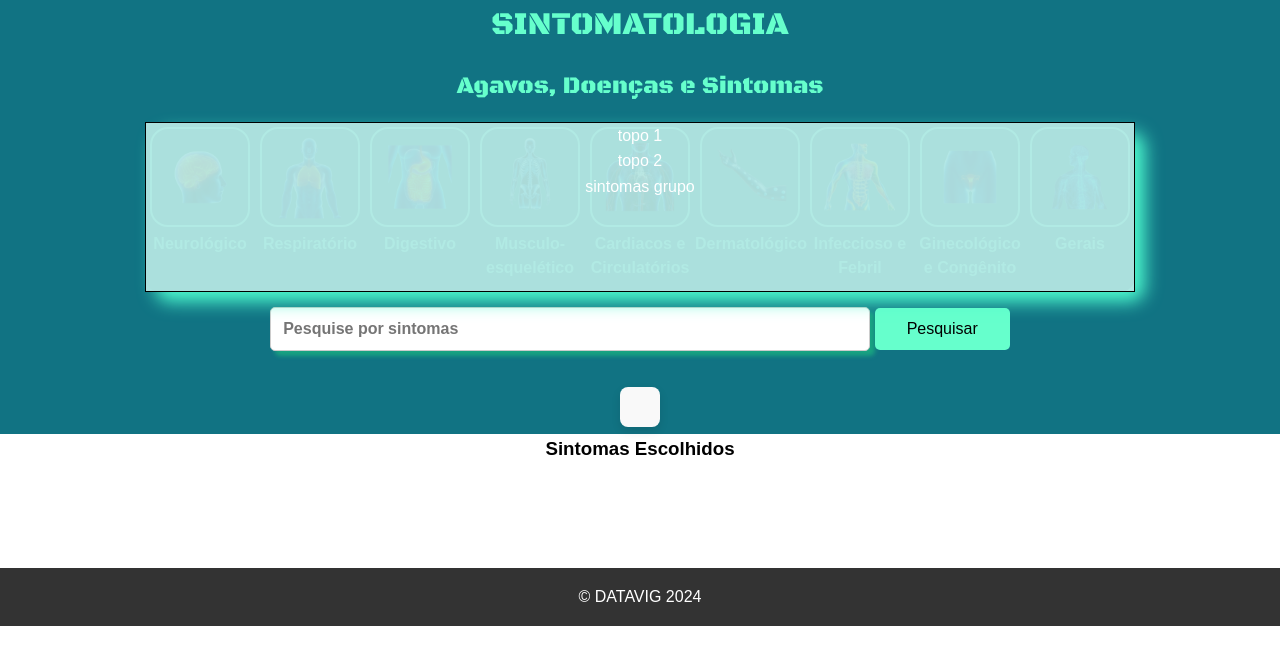
Repository: br-on/vigia
Page: index.html
The author's editor kept a copy of each file at every save. The page is drawn from the files as they stood at one save, then again after the next save.
The browser window is 1280 px wide. The pictures show the whole page.
Some web fonts or font styles are not loaded; a fallback is used.

Above is the page before, as saved 2024-09-16 19:41:03.

### index.html
<!DOCTYPE html>
<html lang="pt-br">
<head>
  <meta charset="UTF-8">
  <meta name="viewport" content="width=device-width, initial-scale=1.0">
  <title>IA VIGILÂNCIA</title>
  <link rel="stylesheet" href="assets/style/style.css">
</head>
<body>
  <nav>
  </nav>
  <header class="search">
    <h1 class="black-ops-one-regular">SINTOMATOLOGIA</h1>
    <h2 class="black-ops-one-regular">Agavos, Doenças e Sintomas</h2>

    <div class="grupos-sintomas">

      <div class="base-div">
      <div id="neurologicos" class="grupo"><div class="grupo-sintoma"><img src="/assets/img/grupos/neurologico.png" alt=""></div><div class="nome-grupo electrolize-regular">Neurológico</div></div>
      <div id="respiratorios" class="grupo"><div class="grupo-sintoma"><img src="assets/img/grupos/respiratorio.png" alt=""></div><div class="nome-grupo electrolize-regular">Respiratório</div></div>
      <div id="digestivos" class="grupo"><div class="grupo-sintoma"><img src="assets/img/grupos/digestivo.png" alt=""></div><div class="nome-grupo electrolize-regular">Digestivo</div></div>
      <div id="musculoesqueleticos" class="grupo"><div class="grupo-sintoma"><img src="assets/img/grupos/musculoesqueletico.png" alt=""></div><div class="nome-grupo electrolize-regular">Musculo- esquelético</div></div>
      <div id="cardiacos-circulatorios" class="grupo"><div class="grupo-sintoma"><img src="assets/img/grupos/cardiaco.png" alt=""></div><div class="nome-grupo electrolize-regular">Cardiacos e Circulatórios</div></div>
      <div id="dermatologicos" class="grupo"><div class="grupo-sintoma"><img src="assets/img/grupos/dermatologico.png" alt=""></div><div class="nome-grupo electrolize-regular">Dermatológico</div></div>
      <div id="infecciosos-febris" class="grupo"><div class="grupo-sintoma"><img src="assets/img/grupos/infecciosofebril.png" alt=""></div><div class="nome-grupo electrolize-regular">Infeccioso e Febril</div></div>
      <div id="ginecologicos-congenitos" class="grupo"><div class="grupo-sintoma"><img src="assets/img/grupos/ginecologicocongentia.png" alt=""></div><div class="nome-grupo electrolize-regular">Ginecológico e Congênito</div></div>
      <div id="sistemicos-gerais" class="grupo"><div class="grupo-sintoma"><img src="assets/img/grupos/gerais.png" alt=""></div><div class="nome-grupo electrolize-regular">Gerais</div></div>
      </div>

      <div class="overlay-div">
        <div class="top-overlay-div">
          <div class="top-1">topo 1</div>
          <div class="top-2">topo 2</div>
        </div>
        <div class="sintomas-grupo">
        sintomas grupo
        </div>
      </div>


    </div><br>
    <input type="text" placeholder="Pesquise por sintomas" class="electrolize-regular" id="campo-pesquisa">
    <button onclick="pesquisar()">Pesquisar</button>
    <br>
    <div id="resultados-pesquisa" class="resultado-pesquisa-sintomas"></div>
  </header>
  <main>
    <center><h3>Sintomas Escolhidos</h3></center>
    <div id="sintomas-escolhidos">
      <!-- Sintomas escolhidos serão exibidos aqui -->
    </div>
    <br><br>
    <div id="resultados-doencas">
      <!-- Resultados das doenças serão exibidos aqui -->
    </div>
    <br><br>

  </main>
  <footer>
    <p>&copy; DATAVIG 2024</p>
  </footer>

  <script src="assets/script/sintomas.js"></script>
  <script src="assets/script/data.js"></script>
  <script src="assets/script/app.js"></script>
</body>
</html>

### assets/style/style.css
@import url('https://fonts.googleapis.com/css2?family=Black+Ops+One&display=swap');
@import url('https://fonts.googleapis.com/css2?family=Electrolize&display=swap');

* {
    margin: 0;
    padding: 0;
}

.black-ops-one-regular {
  font-family: "Black Ops One", system-ui;
  font-weight: 400;
  font-style: normal;
}

.electrolize-regular {
  font-family: "Electrolize", sans-serif;
  font-weight: 600;
  font-style: normal;
}

/* Estilos globais */
* {
    margin: 0;
    padding: 0;
    box-sizing: border-box;
}

html, body {
    height: 100%;
}

body {
    font-family: Arial, sans-serif;
    line-height: 1.6;
    margin: 0;
    padding: 0;

}

header, nav, footer {
    background-color: #333;
    color: #fff;
    text-align: center;
}

main {
    flex: 1;
}

h1, h2 {
    color: #66ffcc;
    margin-bottom: 1rem;
}

/* Estilo para o formulário de pesquisa */
.search {
    text-align: center;
    background-color: #117383;
}

.search input[type="text"] {
    margin-top: 15px;
    width: 600px;
    padding: 0.75rem;
    margin-bottom: 1rem;
    border: 1px solid #ccc;
    border-radius: 5px;
    font-size: 1rem;
    box-shadow: 5px 5px 4.5px #19a381;
}

.search button {
    padding: 0.75rem 2rem;
    background-color: #66ffcc;
    color: #000;
    border: none;
    border-radius: 5px;
    cursor: pointer;
    font-size: 1rem;
}

.search button:hover {
    background-color: #29a67c;
    color: rgb(255, 255, 255);
}

/* Estilo para resultados */
.results {
    padding: 2rem;
    background-color: #fff;
    text-align: center;
}

/* Estilo do rodapé */

footer {
    background-color: #333;
    color: white;
    padding: 1rem;
    text-align: center;
    position: relative;
    bottom: 0;
    width: 100%;
}

/* Media Queries para telas menores */
@media (max-width: 768px) {
    .search input[type="text"] {
        width: 95%;
    }

    .search button {
        width: 100%;
        margin-top: 1rem;
    }
}

@media (max-width: 480px) {
    h1 {
        font-size: 2rem;
    }

    h2 {
        font-size: 1.5rem;
    }

    footer {
        font-size: 0.9rem;
    }
}

/* Container principal dos resultados */
#resultados-pesquisa {

    max-height: 80vh; /* Limita a altura para que os resultados não ocupem a tela inteira */
    overflow-y: auto; /* Ativa a barra de rolagem vertical */
    padding: 20px;
    margin-top: 20px;
    border-radius: 8px;
    box-shadow: 0px 4px 10px rgba(0, 0, 0, 0.1); /* Sombra suave */
    background-color: #f9f9f9; /* Fundo claro */
}

/* Estilo dos itens de resultado */
.item-resultado {
    border: 3px solid #e0e0e0; /* Borda leve ao redor do item */
    border-radius: 8px; /* Bordas arredondadas */
    padding: 20px; /* Espaçamento interno */
    margin-bottom: 20px; /* Espaçamento entre os itens */
    background-color: #fff; /* Fundo branco para o item */
    box-shadow: 0px 4px 8px rgba(0, 0, 0, 0.05); /* Sombra leve */
    transition: transform 0.3s ease, box-shadow 0.3s ease; /* Transição suave */
}

/* Efeito hover nos itens */
.item-resultado:hover {
    transform: translateY(-5px); /* Eleva o item ao passar o mouse */
    box-shadow: 0px 6px 12px rgba(0, 0, 0, 0.15); /* Aumenta a sombra ao passar o mouse */
}

/* Título do item */
.item-resultado h2 {
    font-size: 1.8rem;
    margin-bottom: 10px;
    color: #333; /* Cor mais escura para o título */
    font-weight: bold;
}

/* Subtítulos (Descrição, Sintomas, etc.) */
.item-resultado h4 {
    font-size: 1.2rem;
    margin-top: 15px;
    margin-bottom: 8px;
    color: #555; /* Cor intermediária */
}

/* Texto descritivo */
.item-resultado .descricao-meta {
    font-size: 1rem;
    line-height: 1.5; /* Facilita a leitura */
    color: #666; /* Cor do texto */
    margin-bottom: 15px;
}

/* Links */
.item-resultado a {
    font-size: 1rem;
    color: #007bff; /* Cor azul padrão */
    text-decoration: none;
}

.item-resultado a:hover {
    text-decoration: underline; /* Sublinha ao passar o mouse */
}

/* Barra de rolagem estilizada */
#resultados-pesquisa::-webkit-scrollbar {
    width: 8px;
}

#resultados-pesquisa::-webkit-scrollbar-thumb {
    background-color: #888;
    border-radius: 10px;
}

#resultados-pesquisa::-webkit-scrollbar-thumb:hover {
    background-color: #555;
}


/* Adicione isto ao seu arquivo CSS */
#filtros-sintomas {
    width: 90%;
    margin: 0 auto; /* Centraliza a div horizontalmente */
    display: flex;
    flex-wrap: wrap; /* Faz com que os itens quebrem para a linha seguinte */
    gap: 10px; /* Espaço entre os itens */
    box-sizing: border-box;
}

#filtros-sintomas label {
    display: flex;
    align-items: center;
    margin-right: 10px; /* Espaço entre os labels */

}


.sintoma-item {
    padding: 10px;
    margin: 5px 0;
    border-radius: 5px;
    cursor: pointer;
    margin: 2px;
}

.sintoma-item:hover {
    opacity: 0.8;
}

#sintomas-escolhidos {
    display: inline-flex;
    flex-wrap: wrap;
    margin-top: 20px;
}

.sintoma-escolhido {
    background-color: #d4edda; /* Cor de fundo verde clara */
    border: 1px solid #c3e6cb;
    padding: 10px;
    margin: 5px 0;
    border-radius: 5px;
}

.resultado-pesquisa-sintomas {
    display: inline-flex;
    flex-wrap: wrap;
    align-items: center;
    justify-content: center;
}

.grupos-sintomas {
    position: relative;
    margin: 0 auto;
    display: inline-flex;
    flex-wrap: wrap;
    justify-content: center;
    align-items: flex-start;
    min-height: 170px;
    background-color: #0f5c5093;
    border-radius: 15px;
    box-shadow: 10px 10px 17px #4cf8cd;
}

/* Media Queries para telas menores */
@media (max-width: 768px) {
    .grupos-sintomas {
        width: 94.5%;
    }
}

.grupo:hover {
    cursor: pointer;
    .nome-grupo {
        margin-top: 18px;
        background-color: hsl(29, 100%, 42%);
    }
    .grupo-sintoma {
        height: 90px;
        width: 90px;
        transition: 0.5s;
        cursor: pointer;
        border-radius: 50%;
        background-color: hsl(29, 100%, 42%);
    }
  }
.grupo-sintoma {
    display: flex;
    justify-content: center;
    align-items: center;
    margin: 5px;
    width: 100px;
    height: 100px;
    border-radius: 18px;
    border: solid 2.5px #66ffcc;
}

.grupo-sintoma img {
    width: 90px;
    height: 90px;
}

.grupo-sintoma img:hover {
    height: 130px;
    width: 130px;
    transition: 0.5s;
    cursor: pointer;
}

.nome-grupo {
    max-width: 110px;
    font-size: 1em;
    color: #66ffcc;
    line-height: 1.5;

}


/* background-color dos nomes dos grupos */
/* sem utilidade no momento */
    .bg-neurologicos {background-color: #88490d; }
    .bg-respiratorios {background-color: #26B63E; }
    .bg-digestivos {background-color: #060270;}
    .bg-musculoesqueleticos {background-color: #632e2e;}
    .bg-cardiacos-circulatorios {background-color: #D20103;}
    .bg-dermatologicos {background-color: #c63de9;}
    .bg-infecciosos-febris {background-color: #4419AA;}
    .bg-ginecologicos-congenitos {background-color: #3b0a49;}
    .bg-sistemicos-gerais {background-color: #2B5D9C;}


.base-div {
        display: inline-flex;
        flex-wrap: wrap;

        /* A altura será variável de acordo com o conteúdo */
}

.overlay-div {
    position: absolute;
    display: flex;
    flex-direction: column;
    width: 100%; /* A largura da div sobreposta será igual à da div base */
    height: 100%; /* A altura será igual à div base */
    background-color: rgba(183, 233, 230, 0.934); /* Cor com transparência */
    border: solid 1.5px black;

}

.top-overlay-div {
    float: 1;
}

.sintomas-grupo {
    float: 3;
}

### assets/script/app.js
document.addEventListener('DOMContentLoaded', function () {
    // Carregar sintomas iniciais (se necessário)
});

// Função para exibir os sintomas ao clicar em um grupo
function exibirSintomasPorGrupo(grupoId) {
    let resultadosSintomasDiv = document.getElementById("resultados-pesquisa");
    resultadosSintomasDiv.innerHTML = ""; // Limpar resultados anteriores

    // Obter sintomas já escolhidos
    let sintomasEscolhidos = Array.from(document.getElementById("sintomas-escolhidos").children)
        .map(div => div.textContent);

    // Filtrar sintomas pelo grupo clicado e que não foram escolhidos
    let sintomasEncontrados = dataSintomas.filter(sintoma =>
        sintoma.grupo_sintoma.toLowerCase() === grupoId.toLowerCase() &&
        !sintomasEscolhidos.includes(sintoma.titulo_sintoma)
    );

    if (sintomasEncontrados.length > 0) {
        sintomasEncontrados.forEach(sintoma => {
            let divSintoma = document.createElement('div');
            divSintoma.className = 'sintoma-item';
            divSintoma.style.backgroundColor = coresPorGrupo[grupoId.toLowerCase()] || '#ccc';
            divSintoma.textContent = sintoma.titulo_sintoma;
            divSintoma.addEventListener('click', () => adicionarSintomaEscolhido(sintoma, grupoId));
            resultadosSintomasDiv.appendChild(divSintoma);
        });
    } else {
        resultadosSintomasDiv.innerHTML = '<p>Nenhum sintoma encontrado para este grupo.</p>';
    }
}


// Função para configurar o clique nos grupos
function configurarEventosDeCliqueNosGrupos() {
    // Seleciona todas as divs de grupos de sintomas
    const grupos = document.querySelectorAll('.grupo');

    // Adiciona o evento de clique para cada grupo
    grupos.forEach(grupo => {
        grupo.addEventListener('click', () => {
            exibirSintomasPorGrupo(grupo.id); // Exibe sintomas ao clicar no grupo
        });
    });
}

// Chama essa função quando a página carrega
window.onload = configurarEventosDeCliqueNosGrupos;

// Função do botão pesquisar
function pesquisar() {
    let campoPesquisa = document.getElementById("campo-pesquisa").value.toLowerCase();
    let resultadosSintomasDiv = document.getElementById("resultados-pesquisa");
    resultadosSintomasDiv.innerHTML = ""; // Limpar resultados anteriores

    // Obter sintomas já escolhidos
    let sintomasEscolhidos = Array.from(document.getElementById("sintomas-escolhidos").children)
        .map(div => div.textContent);

    // Filtrar sintomas que correspondem ao texto digitado e que não foram escolhidos
    let sintomasEncontrados = dataSintomas.filter(sintoma =>
        (sintoma.titulo_sintoma.toLowerCase().includes(campoPesquisa) ||
        sintoma.grupo_sintoma.toLowerCase().includes(campoPesquisa)) &&
        !sintomasEscolhidos.includes(sintoma.titulo_sintoma)
    );

    sintomasEncontrados.forEach(sintoma => {
        let divSintoma = document.createElement('div');
        divSintoma.className = 'sintoma-item';

        let grupoId = sintoma.grupo_sintoma.toLowerCase().replace(/\s/g, '-');
        divSintoma.style.backgroundColor = coresPorGrupo[grupoId] || '#ccc';

        divSintoma.textContent = sintoma.titulo_sintoma;
        divSintoma.addEventListener('click', () => adicionarSintomaEscolhido(sintoma, grupoId));
        resultadosSintomasDiv.appendChild(divSintoma);
    });
}

function adicionarSintomaEscolhido(sintoma, grupoId) {
    let sintomasEscolhidosDiv = document.getElementById("sintomas-escolhidos");

    // Verifica se o sintoma já foi escolhido
    let sintomaJaEscolhido = Array.from(sintomasEscolhidosDiv.children).some(div => div.textContent === sintoma.titulo_sintoma);
    if (sintomaJaEscolhido) return; // Evita adicionar o mesmo sintoma mais de uma vez

    let divEscolhido = document.createElement('div');
    divEscolhido.className = 'sintoma-escolhido';
    divEscolhido.textContent = sintoma.titulo_sintoma;

    // Aplicar a cor do grupo ao sintoma escolhido
    divEscolhido.style.backgroundColor = coresPorGrupo[grupoId.toLowerCase()] || '#ccc';

    // Adiciona o evento de clique para remover o sintoma da lista escolhida
    divEscolhido.addEventListener('click', () => removerSintomaEscolhido(sintoma));

    sintomasEscolhidosDiv.appendChild(divEscolhido);

    // Remover o sintoma da lista de sintomas encontrados
    let sintomasEncontrados = document.querySelectorAll('#resultados-pesquisa .sintoma-item');
    sintomasEncontrados.forEach(item => {
        if (item.textContent === sintoma.titulo_sintoma) {
            item.remove();
        }
    });

    mostrarDoencasRelacionadas();
}

function removerSintomaEscolhido(sintoma) {
    let sintomasEscolhidosDiv = document.getElementById("sintomas-escolhidos");

    // Encontrar e remover o sintoma da lista de escolhidos
    Array.from(sintomasEscolhidosDiv.children).forEach(div => {
        if (div.textContent === sintoma.titulo_sintoma) {
            div.remove();
        }
    });

    // Reexibir o sintoma na lista de pesquisa ou na lista de grupo
    let resultadosSintomasDiv = document.getElementById("resultados-pesquisa");

    let divSintoma = document.createElement('div');
    divSintoma.className = 'sintoma-item';

    // Atribuir cor do grupo
    let grupoId = sintoma.grupo_sintoma.toLowerCase().replace(/\s/g, '-');
    divSintoma.style.backgroundColor = coresPorGrupo[grupoId] || '#ccc';

    divSintoma.textContent = sintoma.titulo_sintoma;
    divSintoma.addEventListener('click', () => adicionarSintomaEscolhido(sintoma, grupoId));
    resultadosSintomasDiv.appendChild(divSintoma);

    mostrarDoencasRelacionadas();
}

function mostrarDoencasRelacionadas() {
    let sintomasEscolhidosDiv = document.getElementById("sintomas-escolhidos");
    let sintomasEscolhidos = Array.from(sintomasEscolhidosDiv.children).map(div => div.textContent.trim().toLowerCase());

    let resultadosDoencasDiv = document.getElementById("resultados-doencas");
    resultadosDoencasDiv.innerHTML = ""; // Limpar resultados anteriores

    // Percorre cada doença no array dataDoencas
    dataDoencas.forEach(doenca => {
        // Divide os sintomas da doença em um array e remove espaços extras
        let sintomasDoenca = doenca.sintomas.toLowerCase().split(',').map(s => s.trim());

        // Verifica se todos os sintomas escolhidos estão incluídos nos sintomas da doença
        let correspondeSintomas = sintomasEscolhidos.every(sintomaEscolhido =>
            sintomasDoenca.includes(sintomaEscolhido)
        );

        // Se todos os sintomas escolhidos estiverem presentes, exibe a doença
        if (correspondeSintomas) {
            resultadosDoencasDiv.innerHTML += `
                <div class="item-resultado">
                    <center><h2 class="black-ops-one-regular">${doenca.titulo}</h2></center>
                    <h4 class="electrolize-regular">Descrição</h4>
                    <p class="descricao-meta">${doenca.descricao}</p>
                    <h4 class="electrolize-regular">Sintomas</h4>
                    <p class="descricao-meta">${doenca.sintomas}</p>
                    <h4 class="electrolize-regular">Prevenção</h4>
                    <p class="descricao-meta">${doenca.prevencao}</p>
                    <h4 class="electrolize-regular">Tratamento</h4>
                    <p class="descricao-meta">${doenca.tratamento}</p>
                    <a href="${doenca.link}" target="_blank">${doenca.link}</a>
                </div>
            `;
        }
    });
}

Loaded but not shown: assets/script/data.js (373 lines, source omitted); assets/script/sintomas.js (484 lines, source omitted)

After the next save:
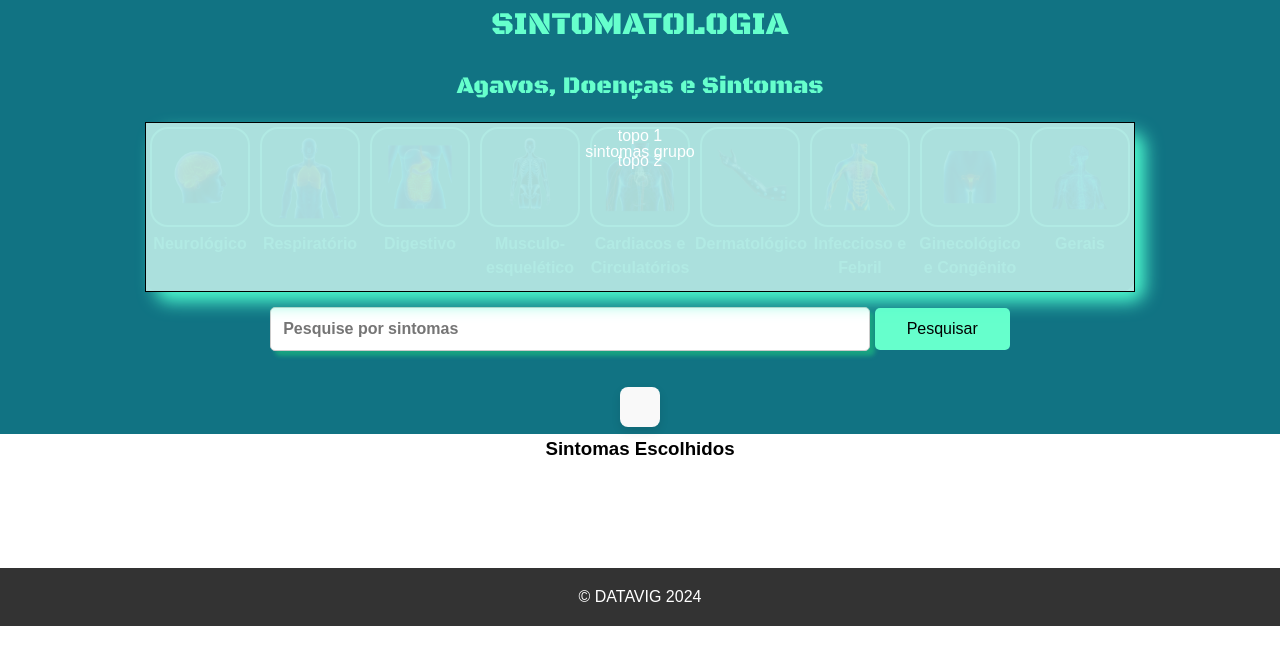
Saved 26 s later.
--- a/assets/style/style.css
+++ b/assets/style/style.css
@@ -358,9 +358,9 @@ footer {
 }
 
 .top-overlay-div {
-    float: 1;
+    height: 10%;
 }
 
 .sintomas-grupo {
-    float: 3;
-}
+
+}
